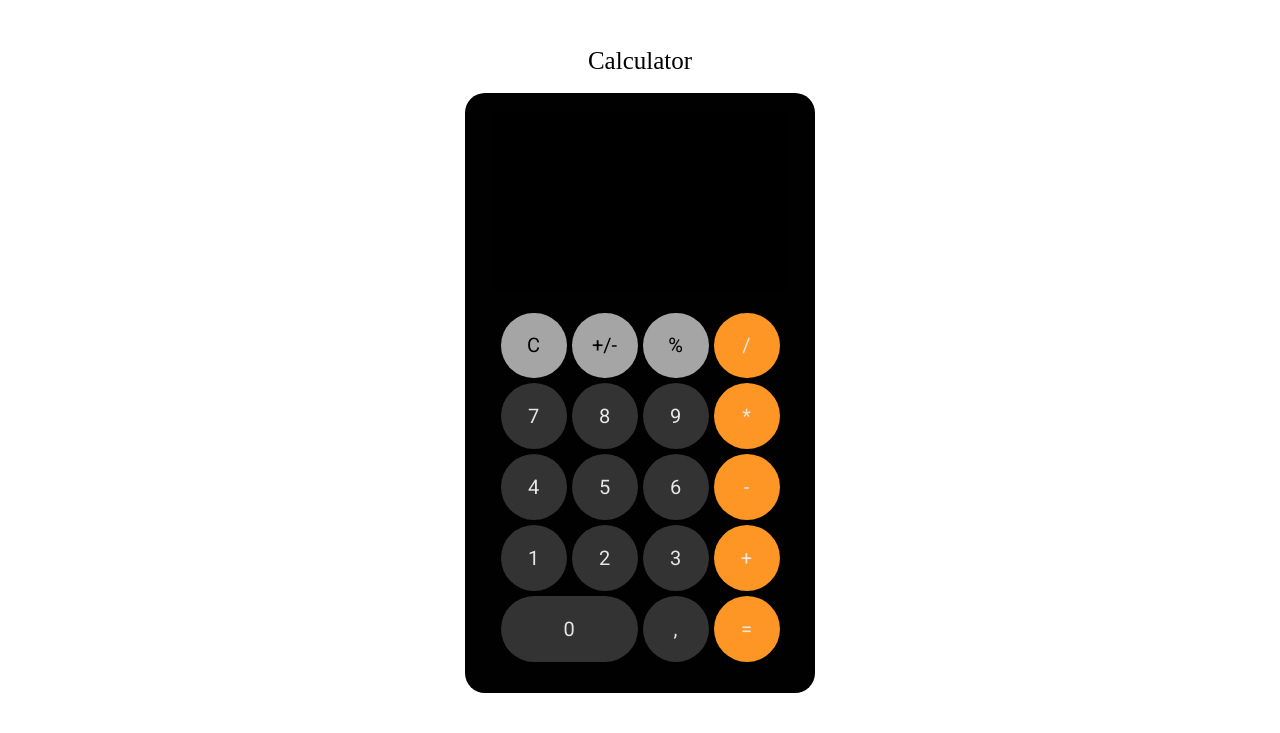
Repository: Gibon9/SimpleCalc
Page: index.html
An editor plug-in stored every save of this project. The page is shown before and after the next save, followed by the edit.
The browser window is 1280 px wide. The pictures show the whole page.
Some web fonts or font styles are not loaded; a fallback is used.

Above is the page before, as saved 2020-11-27 19:41:28.

After the next save:
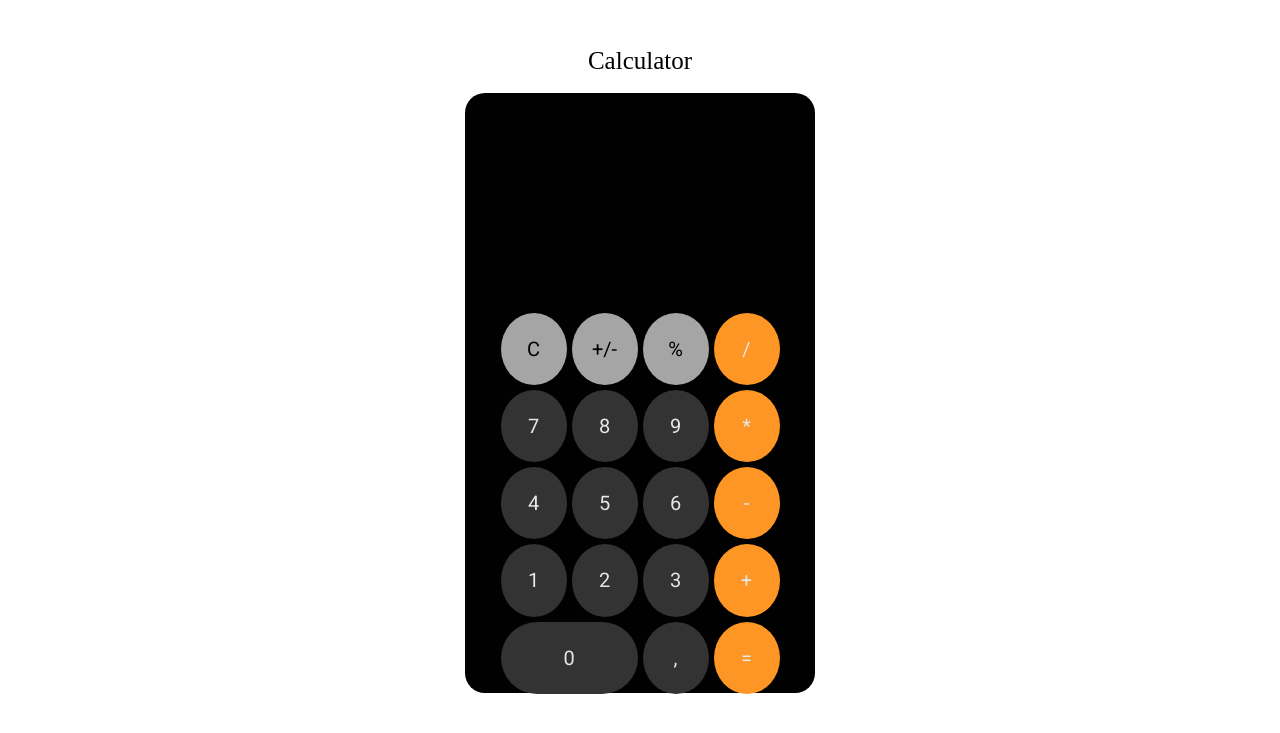
Saved 117 s later.
--- a/style/style.css
+++ b/style/style.css
@@ -53,7 +53,7 @@
   height: 70%;
   display: grid;
   grid-template-columns: repeat(10, 1fr);
-  grid-template-rows: repeat(12, 1fr);
+  grid-template-rows: repeat(11, 1fr);
   gap: 5px 5px;
 }
 
